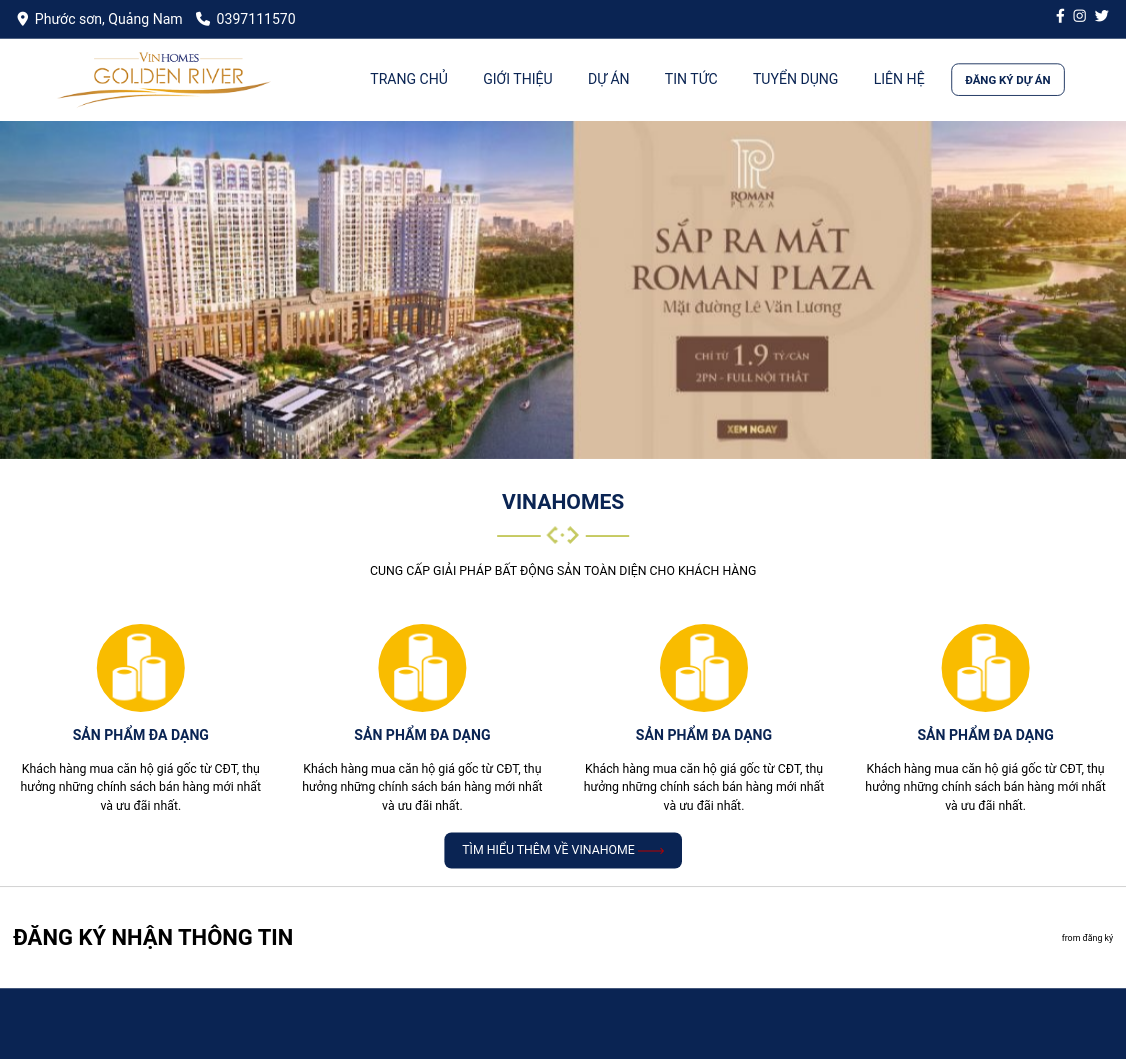
Repository: phamphuc2/fontend-bds
Page: index.html
These files come from the project's save history. The page is drawn as it stood at one moment and after the next save; the edit follows.
The browser window is 1280 px wide. The pictures show the part of the page from y = 0 to 1203 px (the page is 1666 px tall), at 88% of full size.
A picture or video elsewhere on the page could not be fetched, so the positions and the page height are approximate. Some web libraries are served in a nearby version.

Above is the page before, as saved 2022-06-08 15:37:21.

### index.html
<!DOCTYPE html>
<html lang="en">

<head>
    <meta charset="UTF-8">
    <meta http-equiv="X-UA-Compatible" content="IE=edge">
    <meta name="viewport" content="width=device-width, initial-scale=1.0">
    <title>BDS</title>
    <!-- linl css -->
    <link rel="stylesheet" href="libs/slick/slick.css">
    <link rel="stylesheet" href="libs/slick/slick-theme.css">
    <link rel="stylesheet" href="./assets/css/bootstrap.css">
    <link rel="stylesheet" href="./assets/css/theme.css">
    <link rel="stylesheet " href="./style.css ">
    <!-- link thư viện -->
    <link rel="stylesheet " href="https://cdnjs.cloudflare.com/ajax/libs/font-awesome/6.1.1/css/all.min.css ">
    <!-- link font -->
    <link rel="preconnect" href="https://fonts.googleapis.com">
    <link rel="preconnect" href="https://fonts.gstatic.com" crossorigin>
    <link href="https://fonts.googleapis.com/css2?family=Roboto+Flex:opsz,wght@8..144,200;8..144,300;8..144,400;8..144,500;8..144,600;8..144,700;8..144,800;8..144,900&display=swap" rel="stylesheet">
</head>

<body>
    <!-- Header -->
    <header class="header">
        <div class="header-top">
            <div class="container">
                <div class="inner">
                    <div class="box-left">
                        <div class="map">
                            <i class="fa-solid fa-location-dot"></i>
                            <span>Phước sơn, Quảng Nam</span>
                        </div>
                        <div class="phone">
                            <i class="fa-solid fa-phone"></i>
                            <span>0397111570</span>
                        </div>
                    </div>
                    <div class="box-right">
                        <ul class="list-info">
                            <li class="item">
                                <a href="">
                                    <i class="fa-brands fa-facebook-f"></i>
                                </a>
                            </li>
                            <li class="item">
                                <a href="">
                                    <i class="fa-brands fa-instagram"></i>
                                </a>
                            </li>
                            <li class="item">
                                <a href="">
                                    <i class="fa-brands fa-twitter"></i>
                                </a>
                            </li>
                        </ul>
                    </div>
                </div>
            </div>
        </div>

        <div class="header-bottom">
            <div class="container">
                <div class="inner">
                    <div class="header-bottom-left">
                        <a href="">
                            <div class="logo">
                                <img src="./assets/images/logo.png" alt="">
                            </div>
                        </a>
                    </div>
                    <div class="header-bottom-right">
                        <ul class="menu">
                            <li>
                                <a href="./index.html">Trang chủ</a>
                            </li>
                            <li>
                                <a href="./about.html">Giới Thiệu</a>
                            </li>
                            <li>
                                <a href="./taxonomy.html">Dự Án</a>
                            </li>
                            <li>
                                <a href="./taxonomy.html">Tin Tức</a>
                            </li>
                            <li>
                                <a href="./blogs.html">Tuyển Dụng</a>
                            </li>
                            <li>
                                <a href="./contact.html">Liên hệ</a>
                            </li>
                        </ul>
                        <div class="btn-project">
                            <a href="">ĐĂNG KÝ DỰ ÁN</a>
                        </div>
                    </div>

                </div>
            </div>
        </div>
    </header>
    <!-- End header -->

    <!-- slide-home -->
    <section class="slide-home">
        <div class="box-slide">
            <div class="box-item">
                <div class="img-wrap">
                    <img src="/assets/images/slide-bg-1.jpg" alt="">
                </div>
                <div class="img-wrap">
                    <img src="./assets/images/slide-bg-2.jpg" alt="">
                </div>
                <div class="img-wrap">
                    <img src="./assets/images/slide-bg-3.jpg" alt="">
                </div>

            </div>
        </div>
        <div class="arrow">
            <a class="arrow-left">
                <i class="fa-solid fa-chevron-left icon-arrow-left"></i>
            </a>
            <a class="arrow-right">
                <i class="fa-solid fa-chevron-right icon-arrow-right"></i>
            </a>
        </div>
    </section>
    <!-- end slide-home -->

    <!-- section vinahome -->
    <section class="vinahome">
        <div class="container">
            <div class="row">
               <div class="col-12">
                    <div class="inner-top">
                        <h2 class="title">VINAHOMES</h2>
                        <div class="is-drive"></div>
                        <p class="desc">CUNG CẤP GIẢI PHÁP BẤT ĐỘNG SẢN TOÀN DIỆN CHO KHÁCH HÀNG</p>
                    </div>
               </div>
               <div class="col-lg-3">
                  <div class="item">
                        <div class="icon">
                            <img src="./assets/images/icon1.png" alt="">
                        </div>
                        <div class="content">
                            <h2 class="title">SẢN PHẨM ĐA DẠNG</h2>
                        <p class="desc">Khách hàng mua căn hộ giá gốc từ CĐT, thụ hưởng những chính sách bán hàng mới nhất và ưu đãi nhất.</p>
                        </div>
                  </div>
               </div>
               <div class="col-lg-3">
                <div class="item">
                      <div class="icon">
                          <img src="./assets/images/icon1.png" alt="">
                      </div>
                      <div class="content">
                          <h2 class="title">SẢN PHẨM ĐA DẠNG</h2>
                      <p class="desc">Khách hàng mua căn hộ giá gốc từ CĐT, thụ hưởng những chính sách bán hàng mới nhất và ưu đãi nhất.</p>
                      </div>
                </div>
             </div>
             <div class="col-lg-3">
                <div class="item">
                      <div class="icon">
                          <img src="./assets/images/icon1.png" alt="">
                      </div>
                      <div class="content">
                          <h2 class="title">SẢN PHẨM ĐA DẠNG</h2>
                      <p class="desc">Khách hàng mua căn hộ giá gốc từ CĐT, thụ hưởng những chính sách bán hàng mới nhất và ưu đãi nhất.</p>
                      </div>
                </div>
             </div>
             <div class="col-lg-3">
                <div class="item">
                      <div class="icon">
                          <img src="./assets/images/icon1.png" alt="">
                      </div>
                      <div class="content">
                          <h2 class="title">SẢN PHẨM ĐA DẠNG</h2>
                      <p class="desc">Khách hàng mua căn hộ giá gốc từ CĐT, thụ hưởng những chính sách bán hàng mới nhất và ưu đãi nhất.</p>
                      </div>
                </div>
             </div>
            <div class="col-12">
                <div class="btn-learn-about">
                    <a href="">
                        TÌM HIỂU THÊM VỀ VINAHOME
                        <svg width="30" height="8" viewBox="0 0 30 8" fill="none" xmlns="http://www.w3.org/2000/svg">
                            <path d="M29.3536 4.35355C29.5488 4.15829 29.5488 3.84171 29.3536 3.64645L26.1716 0.464466C25.9763 0.269204 25.6597 0.269204 25.4645 0.464466C25.2692 0.659728 25.2692 0.976311 25.4645 1.17157L28.2929 4L25.4645 6.82843C25.2692 7.02369 25.2692 7.34027 25.4645 7.53553C25.6597 7.7308 25.9763 7.7308 26.1716 7.53553L29.3536 4.35355ZM0 4.5H29V3.5H0V4.5Z" fill="#B60000"></path>
                        </svg>
                    </a>

                </div>
            </div>

            </div>
        </div>
    </section>

    <!-- end section vinahome -->


    <!-- footer -->
    <footer class="footer">
        <div class="footer-top">
            <div class="container">
                <div class="item">
                    <div class="title">ĐĂNG KÝ NHẬN THÔNG TIN</div>
                    <div class="from">
                        from đăng ký
                    </div>
                </div>
            </div>
        </div>
        <div class="footer-main">
            <div class="container">
                <div class="row">
                    <div class="col-md-6 col-lg-3">
                        <div class="footer-info">
                            <span class="title">THÔNG TIN LIÊN HỆ</span>
                            <ul class="box-info">
                                <li class="item">
                                    <i class="fa-solid fa-location-dot icon-footer"></i>
                                    <a href="" class="text">Phước Sơn, Quảng Nam</a>
                                </li>
                                <li class="item">
                                    <i class="fa-solid fa-phone icon-footer"></i>
                                    <a href="" class="text">0397111570</a>
                                </li>
                                <li class="item">
                                    <i class="fa-solid fa-envelope-open-text icon-footer"></i>
                                    <a href="" class="text">mac.convstar@gmail.com</a>
                                </li>
                                <li class="item">
                                    <i class="fa-brands fa-skype icon-footer"></i>
                                    <a href="" class="text">phamphuc</a>
                                </li>
                            </ul>
                        </div>
                    </div>
                    <div class="col-md-6 col-lg-3">
                        <div class="box-link">
                            <span class="title">LIÊN KẾT</span>
                            <ul class="item-link">
                                <li class="item">
                                    <a href="">Giới thiệu</a>
                                </li>
                                <li class="item">
                                    <a href="">Đồng hồ nam</a>
                                </li>
                                <li class="item">
                                    <a href="">Đồng hồ nữ</a>
                                </li>
                                <li class="item">
                                    <a href="">Blogs</a>
                                </li>
                                <li class="item">
                                    <a href="">Liên hệ</a>
                                </li>
                            </ul>
                        </div>
                    </div>
                    <div class="col-md-6 col-lg-3">
                        <div class="box-link">
                            <span class="title">HỖ TRỢ KHÁCH HÀNG</span>
                            <ul class="item-link">
                                <li class="item">
                                    <a href="">Hướng dẫn mua hàng</a>
                                </li>
                                <li class="item">
                                    <a href="">Hướng dẫn thanh toán</a>
                                </li>
                                <li class="item">
                                    <a href="">Chính sách bảo hành</a>
                                </li>
                                <li class="item">
                                    <a href="">Chính sách đổi trả</a>
                                </li>
                                <li class="item">
                                    <a href="">Tư vấn khách hàng</a>
                                </li>
                            </ul>
                        </div>
                    </div>
                    <div class="col-md-6 col-lg-3">
                        <div class="footer-social">
                            <span class="title">PP STORE ON SOCIAL</span>
                            <ul class="box-social">
                                <li class="item-social">
                                    <a href="">
                                        <i class="fa-brands fa-facebook-f icon-social"></i>
                                    </a>
                                </li>
                                <li class="item-social">
                                    <a href="">
                                        <i class="fa-brands fa-instagram icon-social"></i>
                                    </a>
                                </li>
                                <li class="item-social">
                                    <a href="">
                                        <i class="fa-brands fa-twitter icon-social"></i>
                                    </a>
                                </li>
                                <li class="item-social">
                                    <a href="">
                                        <i class="fa-solid fa-rss icon-social"></i>
                                    </a>
                                </li>
                                <li class="item-social">
                                    <a href="">
                                        <i class="fa-brands fa-linkedin-in icon-social"></i>
                                    </a>
                                </li>
                            </ul>
                            <span class="title">CHỨNG NHẬN PP STORE</span>
                            <div class="footer-vn_registered">
                                <img src="./assets/images/chungnhan.png" alt="">
                            </div>
                        </div>
                    </div>
                </div>
            </div>
        </div>
        <div class="footer-bottom">
            <div class="container">
                <div class="copy-right">© Bản quyền thuộc về . Thiết kế website PP Store </div>
            </div>
        </div>
    </footer>
    <!-- footer -->








    <script src="./assets/js/jquery.min.js"></script>
    <script src="libs/slick/slick.min.js"></script>
    <script src="./assets/js/theme.js"></script>
</body>

</html>

### assets/css/theme.css
:root {
    --background-header: #0A2453;
    --white-color: #ffffff;
    --yellow-copper: #f9bc00;
    --yellow-copper-hove: #ae8264;
    --red-color: #C85652;
}


/* header */

.header .header-top {
    background-color: var(--background-header);
    padding: 10px 0;
}

.header .header-top .inner {
    display: flex;
    justify-content: space-between;
}

.header .header-top .inner .box-left {
    display: flex;
    align-items: center;
}

.header .header-top .inner .box-left .fa-solid {
    font-size: 1.6rem;
    color: var(--white-color);
    margin: 0 5px;
}

.header .header-top .inner .box-left .map span,
.header .header-top .inner .box-left .phone span {
    font-size: 1.6rem;
    color: var(--white-color);
}

.header .header-top .inner .box-left .phone {
    margin: 0 10px;
}

.header .header-top .inner .box-right .list-info {
    display: flex;
    align-items: center;
}

.header .header-top .inner .box-right .list-info .fa-brands {
    font-size: 1.6rem;
    color: var(--white-color);
    margin: 0 5px;
}


.header .header-bottom {
    padding: 10px 0;
}

.header .header-bottom .inner{
    display: flex;
    align-items: center;
    justify-content: space-around;
}

.header .header-bottom .inner .header-bottom-left .logo{
    max-width: 250px;
}

.header .header-bottom .inner .header-bottom-right{
    display: flex;
    align-items: center;
}

.header .header-bottom .inner .header-bottom-right .menu {
    display: flex;
    justify-content: center;
}

.header .header-bottom .inner .header-bottom-right .menu li {
    margin: 0 20px;
}

.header .header-bottom .inner .header-bottom-right .menu li a {
    font-size: 1.6rem;
    text-transform: uppercase;
    color: var(--background-header);
}

.header .header-bottom .inner .header-bottom-right .menu li:hover a {
    color: var(--yellow-copper);
    border-bottom: solid 1px var(--yellow-copper);
    margin-bottom: 2px;
}

.header .header-bottom .inner .header-bottom-right .btn-project a{
    font-size: 1.3rem;
    padding: 10px 15px;
    color: var(--background-header);
    text-transform: uppercase;
    font-weight: 700;
    border: 1px solid var(--background-header);
    border-radius: 8px;
    margin: 0 10px;
}

.header .header-bottom .inner .header-bottom-right .btn-project a:hover{
    color: var(--white-color);
    background: var(--background-header);
}


/* End header */


/* Slide-home */

.slide-home .box-slide .box-item .img-wrap {
    padding-top: 6% !important;
}

.slide-home .box-slide .box-item .img-wrap img {
    z-index: 1;
}

.slide-home .box-slide .box-item .img-wrap .item-content .btn-slide {
    padding: 15px 20px;
    color: var(--white-color);
    font-size: 2rem;
    text-transform: uppercase;
    font-weight: 700;
    border: 1px solid var(--white-color);
    border-radius: 8px;
}

.slide-home .box-slide .box-item .img-wrap .item-content .btn-slide:hover {
    background-color: var(--yellow-copper);
}

.arrow .arrow-left {
    position: absolute;
    z-index: 1;
    top: 50%;
    border-radius: 50%;
    left: 2%;
    border: 1px solid var(--white-color);
    width: 35px;
    height: 35px;
    color: #fff;
    transform: translateX(20%);
    display: none !important;
    transition: 2s;
}

.arrow .arrow-left:hover {
    background: var(--yellow-copper);
}

.arrow .arrow-left .icon-arrow-left {
    margin: 7px 10px;
    font-size: 20px;
}

.arrow .arrow-right {
    position: absolute;
    z-index: 1;
    top: 50%;
    border-radius: 50%;
    right: 2%;
    border: 1px solid var(--white-color);
    width: 35px;
    height: 35px;
    color: #fff;
    transform: translateX(20%);
    display: none !important;
    transition: 2s;
}

.arrow .arrow-right:hover {
    background: var(--yellow-copper);
}

.arrow .arrow-right .icon-arrow-right {
    margin: 7px 10px;
    font-size: 20px;
}

.slide-home:hover .arrow .arrow-left,
.slide-home:hover .arrow .arrow-right {
    display: block !important;
    transform: translateX(0%);
    transition: 2s;
}


/* End slide-home */


/* section vinahome */

.vinahome .inner-top{
    margin: 0 auto;
    padding-bottom: 30px;
}

.vinahome .inner-top .title{
    color: var(--background-header);
    font-weight: 700;
    text-align: center;
    font-size: 2.4rem;
    margin-bottom: 10px;
}

.vinahome .inner-top .is-drive{
    background-image: url(../images/line.png);
    background-size: cover;
    background-position: center;
    background-repeat: no-repeat;
    width: 150px;
    height: 20px;
    margin: 0 auto;
}

.vinahome .inner-top .desc{
    font-size: 14px;
    margin: 20px 0;
    text-align: center;
}

.vinahome .item .icon{
    background: var(--yellow-copper);
    width: 100px;
    height: 100px;
    border: 2px solid var(--yellow-copper);
    border-radius: 50%;
    position: relative;
    margin: 0 auto;
}

.vinahome .item .icon img {
    position: absolute;
    width: 60px;
    height: 76px;
    left: 17%;
    bottom: 12%;
}

.vinahome .item .content {
    text-align: center;
}

.vinahome .item .content .title{
    color: var(--background-header);
    font-size: 1.6rem;
    margin: 15px 0;
}

.vinahome .item .content .desc{
    font-size: 1.4rem;
}

.vinahome .btn-learn-about {
    display: flex;
    justify-content: center;
    align-items: center;
    margin: 20px 0;

}

.vinahome .btn-learn-about a{
    padding: 10px 20px;
   background: var(--background-header);
   color: var(--white-color);
   font-size: 14px;
   border-radius: 8px;
}

.vinahome .btn-learn-about a .svg{
    width: 0rem !important;
    transition: all 0.6s;
}

.vinahome .btn-learn-about a:hover .svg{
    width: 3.2rem !important;
}



/* end section vinahome */


/* footer */

.footer .footer-top {
    border-top: 1px solid #ccc;
    padding: 3% 0;
}

.footer .footer-top .item {
    display: flex;
    justify-content: space-between;
    align-items: center;
}

.footer .footer-top .title {
    font-size: 2.5rem;
    font-weight: 700;
    text-transform: uppercase;
}

.footer .footer-main {
    padding: 100px 0;
    background-color: var(--background-header);
}

.footer .footer-main .footer-info .title,
.footer .footer-main .box-link .title,
.footer .footer-main .footer-social .title {
    font-size: 2rem;
    text-transform: uppercase;
    color: var(--white-color);
    margin-bottom: 20px;
    display: block;
}

.footer .footer-main .footer-info .box-info {
    margin: 30px 0;
}

.footer .footer-main .footer-info .item {
    display: flex;
    align-items: center;
    margin: 10px 0;
}

.footer .footer-main .footer-info .item .icon-footer {
    color: var(--white-color);
    font-size: 1.4rem;
    margin: 0 10px;
}

.footer .footer-main .footer-info .item .text {
    color: var(--white-color);
    font-size: 1.4rem;
}

.footer .footer-main .footer-social .box-social {
    display: flex;
    margin-bottom: 30px;
}

.footer .footer-main .footer-social .item-social {
    border: 1px solid var(--white-color);
    width: 40px;
    height: 35px;
    padding: 10px;
    margin: 0 5px;
    color: var(--white-color);
}

.footer .footer-main .footer-social .footer-vn_registered img {
    max-width: 150px;
}

.footer .footer-main .footer-social .item-social:hover {
    background: var(--yellow-copper);
}

.footer .footer-main .footer-social .item-social .icon-social {
    font-size: 15px;
    margin: 0 4px;
    color: var(--white-color);
}

.footer .footer-main .item-link .item {
    margin: 10px 0;
}

.footer .footer-main .item-link .item a {
    color: var(--white-color);
    font-size: 1.4rem;
}

.footer .footer-main .item-link .item a:hover {
    color: var(--yellow-copper);
}

.footer .footer-bottom {
    background-color: var(--background-header);
    border-top: 1px solid #ccc;
    padding: 20px 0;
}

.footer .footer-bottom .copy-right {
    font-size: 1.4rem;
    color: var(--white-color);
    text-align: center;
}


/* End footer */

Loaded but not shown: libs/slick/slick.css (common file); libs/slick/slick-theme.css (library); assets/css/bootstrap.css (library); assets/js/jquery.min.js (library); libs/slick/slick.min.js (library); assets/js/theme.js (88 lines, source omitted); style.css (178 lines, source omitted)

After the next save:
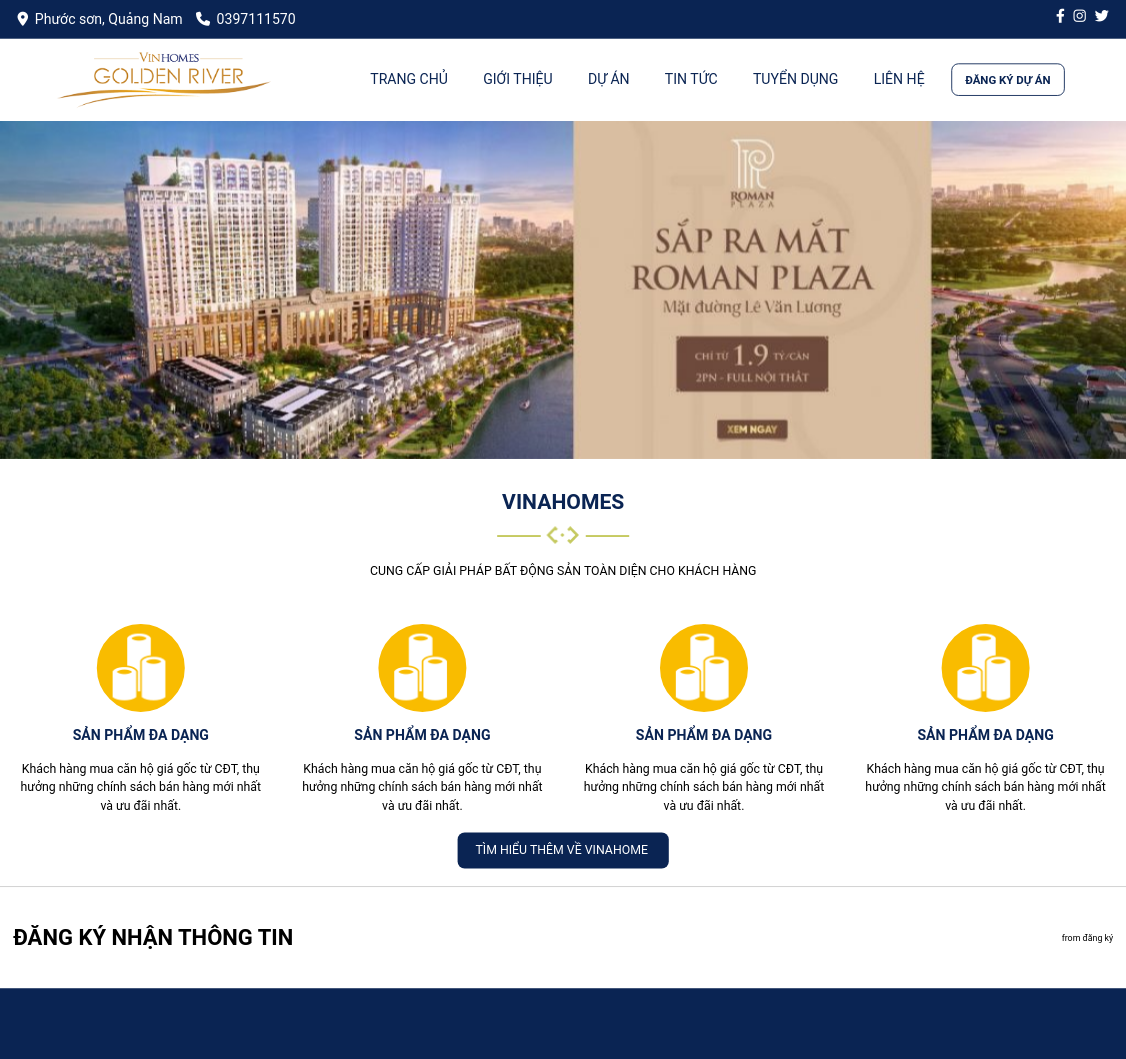
Saved 11 s later.
--- a/assets/css/theme.css
+++ b/assets/css/theme.css
@@ -274,12 +274,12 @@
    border-radius: 8px;
 }
 
-.vinahome .btn-learn-about a .svg{
+.vinahome .btn-learn-about a svg{
     width: 0rem !important;
     transition: all 0.6s;
 }
 
-.vinahome .btn-learn-about a:hover .svg{
+.vinahome .btn-learn-about a:hover svg{
     width: 3.2rem !important;
 }
 
